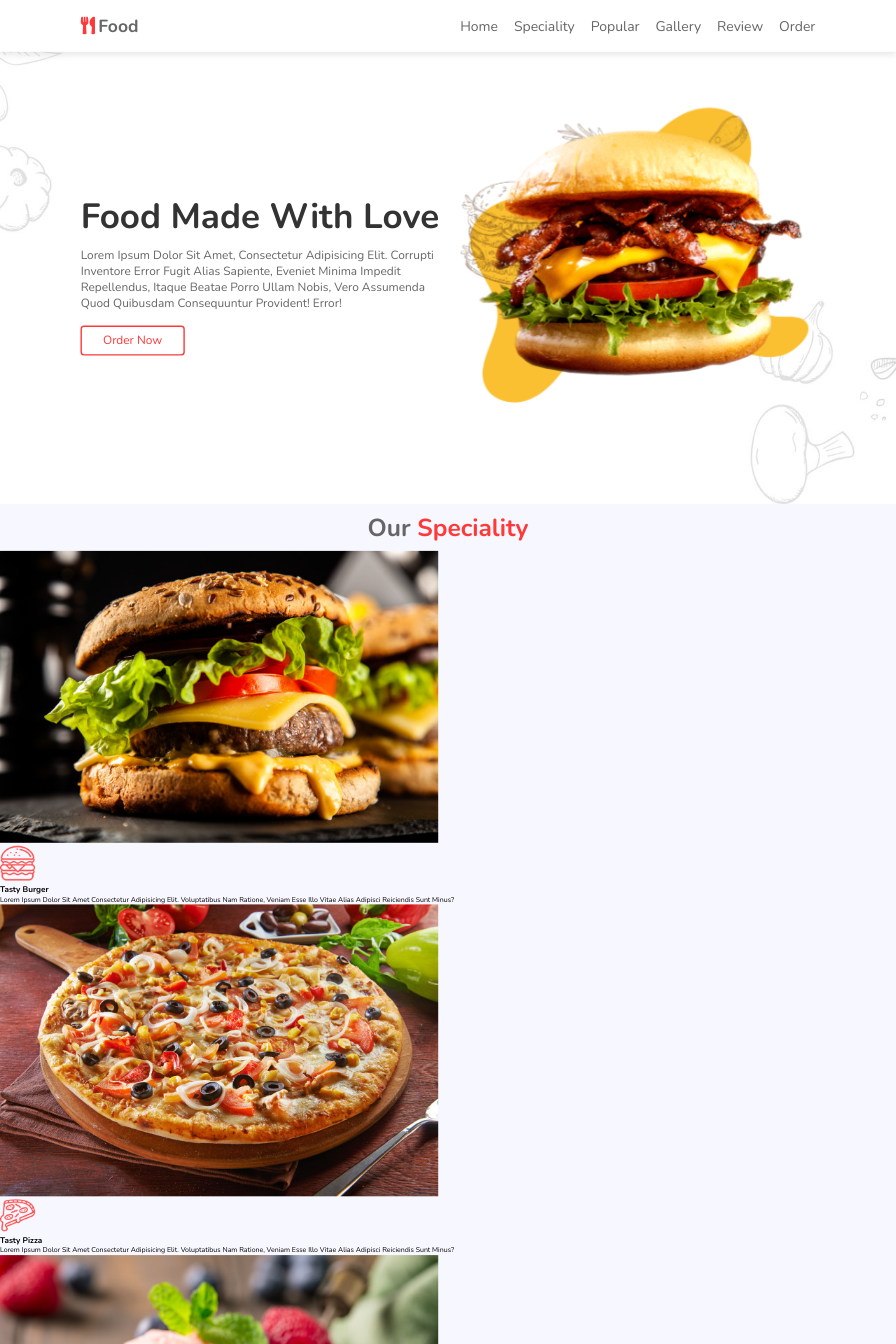
Repository: ManhTanVN/food
Page: index.html
The author's editor kept a copy of each file at every save. The page is drawn from the files as they stood at one save, then again after the next save.
The browser window is 1280 px wide. The pictures show the part of the page from y = 0 to 1920 px (the page is 3835 px tall before and 3910 px after), at 70% of full size.
The style sheet was rebuilt from its Sass, Less or Tailwind sources for each picture, by a compiler version that may differ from the author's.

Above is the page before, as saved 2021-08-29 15:41:53.

### index.html
<!DOCTYPE html>
<html lang="en">
<head>
    <meta charset="UTF-8">
    <meta http-equiv="X-UA-Compatible" content="IE=edge">
    <meta name="viewport" content="width=device-width, initial-scale=1.0">
    <title>Document</title>
    <!-- font awe-some CDN -->
    <link rel="stylesheet" href="https://cdnjs.cloudflare.com/ajax/libs/font-awesome/5.15.4/css/all.min.css">

    <!-- custom css -->
    <link rel="stylesheet" href="./assets/css/style.css">
</head>
<body>
    <!-- header section start -->
    <header>
        <a href="#" class="logo"><i class="fas fa-utensils"></i>food</a>
        <div id="menu-bar" class="fas fa-bars"></div>
        <nav class="navbar">
            <a href="#home">home</a>
            <a href="#speciality">speciality</a>
            <a href="#popular">popular</a>
            <a href="#gallery">gallery</a>
            <a href="#review">review</a>
            <a href="#order">order</a>
        </nav>
    </header>
    <!-- header section end -->

    <!-- home section starts -->
    <section class="home" id="home">
        <div class="home__content">
            <h3>food made with love</h3>
            <p>Lorem ipsum dolor sit amet, consectetur adipisicing elit. Corrupti inventore error fugit alias sapiente, eveniet minima impedit repellendus, itaque beatae porro ullam nobis, vero assumenda quod quibusdam consequuntur provident! Error!</p>
            <a href="#" class="btn">order now</a>
        </div>
        <div class="home__image">
            <img src="./assets/images/home-img.png" alt="">
        </div>


    </section>
    <!-- home section ends -->

    <!-- speciality section starts -->
    <div class="speciality" id="speciality">
        <h1 class="speciality__heading">our <span>speciality</span></h1>
        <div class="speciality__box-container">
            <div class="box">
                <img class="box__image" src="./assets/images/s-img-1.jpg" alt="">
                <div class="box__content">
                    <img src="./assets/images/s-1.png" alt="">
                    <h3>tasty burger</h3>
                    <p>Lorem ipsum dolor sit amet consectetur adipisicing elit. Voluptatibus nam ratione, veniam esse illo vitae alias adipisci reiciendis sunt minus?</p>
                </div>
            </div>
            <div class="box">
                <img class="box__image" src="./assets/images/s-img-2.jpg" alt="">
                <div class="box__content">
                    <img src="./assets/images/s-2.png" alt="">
                    <h3>tasty pizza</h3>
                    <p>Lorem ipsum dolor sit amet consectetur adipisicing elit. Voluptatibus nam ratione, veniam esse illo vitae alias adipisci reiciendis sunt minus?</p>
                </div>
            </div>
            <div class="box">
                <img class="box__image" src="./assets/images/s-img-3.jpg" alt="">
                <div class="box__content">
                    <img src="./assets/images/s-3.png" alt="">
                    <h3>cold ice-cream</h3>
                    <p>Lorem ipsum dolor sit amet consectetur adipisicing elit. Voluptatibus nam ratione, veniam esse illo vitae alias adipisci reiciendis sunt minus?</p>
                </div>
            </div>
            <div class="box">
                <img class="box__image" src="./assets/images/s-img-4.jpg" alt="">
                <div class="box__content">
                    <img src="./assets/images/s-4.png" alt="">
                    <h3>drinks</h3>
                    <p>Lorem ipsum dolor sit amet consectetur adipisicing elit. Voluptatibus nam ratione, veniam esse illo vitae alias adipisci reiciendis sunt minus?</p>
                </div>
            </div>
            <div class="box">
                <img class="box__image" src="./assets/images/s-img-5.jpg" alt="">
                <div class="box__content">
                    <img src="./assets/images/s-5.png" alt="">
                    <h3>tasty sweets</h3>
                    <p>Lorem ipsum dolor sit amet consectetur adipisicing elit. Voluptatibus nam ratione, veniam esse illo vitae alias adipisci reiciendis sunt minus?</p>
                </div>
            </div>
            <div class="box">
                <img class="box__image" src="./assets/images/s-img-6.jpg" alt="">
                <div class="box__content">
                    <img src="./assets/images/s-6.png" alt="">
                    <h3>healthy breakfast</h3>
                    <p>Lorem ipsum dolor sit amet consectetur adipisicing elit. Voluptatibus nam ratione, veniam esse illo vitae alias adipisci reiciendis sunt minus?</p>
                </div>
            </div>
        </div>
    </div>
    <!-- speciality section ends -->

<!-- custom js -->
<script src="./assets/js/main.js"></script>
</body>
</html>

### assets/js/main.js
let menu = document.querySelector("#menu-bar");
let navbar = document.querySelector(".navbar");

menu.onclick = () =>{
    menu.classList.toggle('fa-times');
    navbar.classList.toggle('active');
}

window.onscroll = () => {
    menu.classList.remove('fa-times');
    navbar.classList.remove('active');
}

### sass/style.scss
@import url('https://fonts.googleapis.com/css2?family=Nunito:wght@200;300;400;600;700&display=swap');
@import './mixin';
@import './variables';
@import './animation';
@import './base';
@import './header';
@import './menu-bar';
@import './home';
@import './btn';
@import './speciality';

@import './_media';

### sass/_mixin.scss
@mixin responsive($breakpoint) {
    @if $breakpoint == tablet {
        @media (max-width:991px) {@content}
    };

    @if $breakpoint == phone {
        @media (max-width: 768px) {@content}
    };

    @if $breakpoint == small {
        @media (max-width: 400px) {@content}
    };
}

### sass/_variables.scss
$color-red: #ff3838;

### sass/_animation.scss
@keyframes float {
    0%, 100% {
        transform: translateY(0rem)
    };

    50% {
        transform: translateY(03rem)
    }
}

### sass/_base.scss
* {
    font-family: 'Nunito', sans-serif;
    padding: 0; margin: 0;
    box-sizing: border-box;
    border: 0; outline: none;
    text-transform: capitalize;
    text-decoration: none;
    transition: all .2s linear;
}

*::selection {
    background: $color-red;
    color: #fff;
}

html {
    font-size: 62.5%;
    overflow-x: hidden;
    scroll-behavior: smooth;
    scroll-padding-top: 6rem;
    @include responsive (tablet) {
        font-size: 55%;
    }

    @include responsive (small) {
        font-size: 50%;

    }
}

body {
    background: #f7f7ff;
}

section {
    padding: 2rem 9%;
    @include responsive (tablet){
        padding: 2rem;
    }
}

### sass/_header.scss
header {
    position: fixed;
    top: 0;
    left: 0;
    right: 0;
    z-index: 9999;
    background: #fff;
    padding: 2rem 9%;
    box-shadow: 0 0.5rem 1rem rgba(0,0,0,.1);
    display: flex;
    justify-content: space-between;
    align-items: center;
    @include responsive (tablet) {
        padding: 2rem;
    }

}
header .logo {
    font-size: 2.5rem;
    font-weight: bold;
    color: #666;
}
header .logo i {
    padding-right: .5rem;
    color: $color-red;
}
header .navbar a {
    font-size: 2rem;
    margin-left: 2rem;
    color: #666;

    @include responsive (phone) {
        margin: 1.5rem;
        padding: 1.5rem;
        display: block;
        border: .2rem solid rgba(0,0,0,.1);
        border-left: .5rem solid $color-red;
        background: #fff;
    }
}

header .navbar a:hover {
    color: $color-red;
}

header .navbar {
    @include responsive (phone) {
        position: absolute;
        top: 100%;
        right: 0;
        left: 0;
        background: #f7f7f7;
        border-top: .1rem solid rgba(0,0,0,.1);
        clip-path: polygon(0 0, 100% 0 , 100% 0 , 0 0);
        // -webkit-clip-path :(0 0, 100% 0 , 100% 0 , 0 0);
    }
}
header .navbar.active {
    @include responsive (phone) {
        clip-path: polygon(0 0, 100% 0 , 100% 100% , 0 100%);

    }
}

### sass/_menu-bar.scss
#menu-bar {
    font-size: 3rem;
    cursor: pointer;
    color: #666;
    border: .1rem solid #666;
    border-radius: .3rem;
    padding: .5rem 1.5rem;
    display: none;

    @include responsive (phone) {
        display: initial;
    }

}

### sass/_home.scss
.home {
    display: flex;
    flex-wrap: wrap;
    gap: 1.5rem;
    min-height: 100vh;
    align-items: center;
    background: url(../assets/images/home-bg.jpg) no-repeat;
    // background: url(../assets/images/pic1.png);
    // background: gold;
    background-size: cover;
    background-position: center;

    &__content{
        flex: 1 1 40rem;
        padding-top: 6.5rem;

        & h3{
            font-size: 5rem;
            color: #333;
        }
        & p{
            font-size: 1.7rem;
            color: #666;
            padding: 1rem 0;
        }
    }
    &__image {
        flex: 1 1 40rem;

    }
    &__image img {
        width: 100%;
        padding: 1rem;
        animation: float 3s linear infinite;
    }
}

### sass/_btn.scss
.btn {
    display: inline-block;
    padding: .8rem 3rem;
    border: .2rem solid $color-red;
    color: $color-red;
    cursor: pointer;
    font-size: 1.7rem;
    border-radius: .5rem;
    position: relative;
    overflow: hidden;
    z-index: 0;
    margin-top: 1rem;
    &::after {
        content: "";
        position: absolute;
        top: 0;
        right: 0;
        width: 0;
        height: 100%;
        background: $color-red;
        transition: .2s linear;
        z-index: -1;
    }

    &:hover::after {
        width: 100%;
        left: 0;;
    }
    &:hover {
        color: #fff;
    }
}

### sass/_speciality.scss
.speciality {
    &__heading {
        text-align: center;
        font-size: 3.5rem;
        padding: 1rem;
        color: #666;

        & span {
            color: $color-red;
        }
    }
}

### sass/__media.scss
@media (max-width: 991px) {
    html {
    }
    header {

    }
}

@media (max-width: 768px) {


    .menu-bar {

    }
}

After the next save:
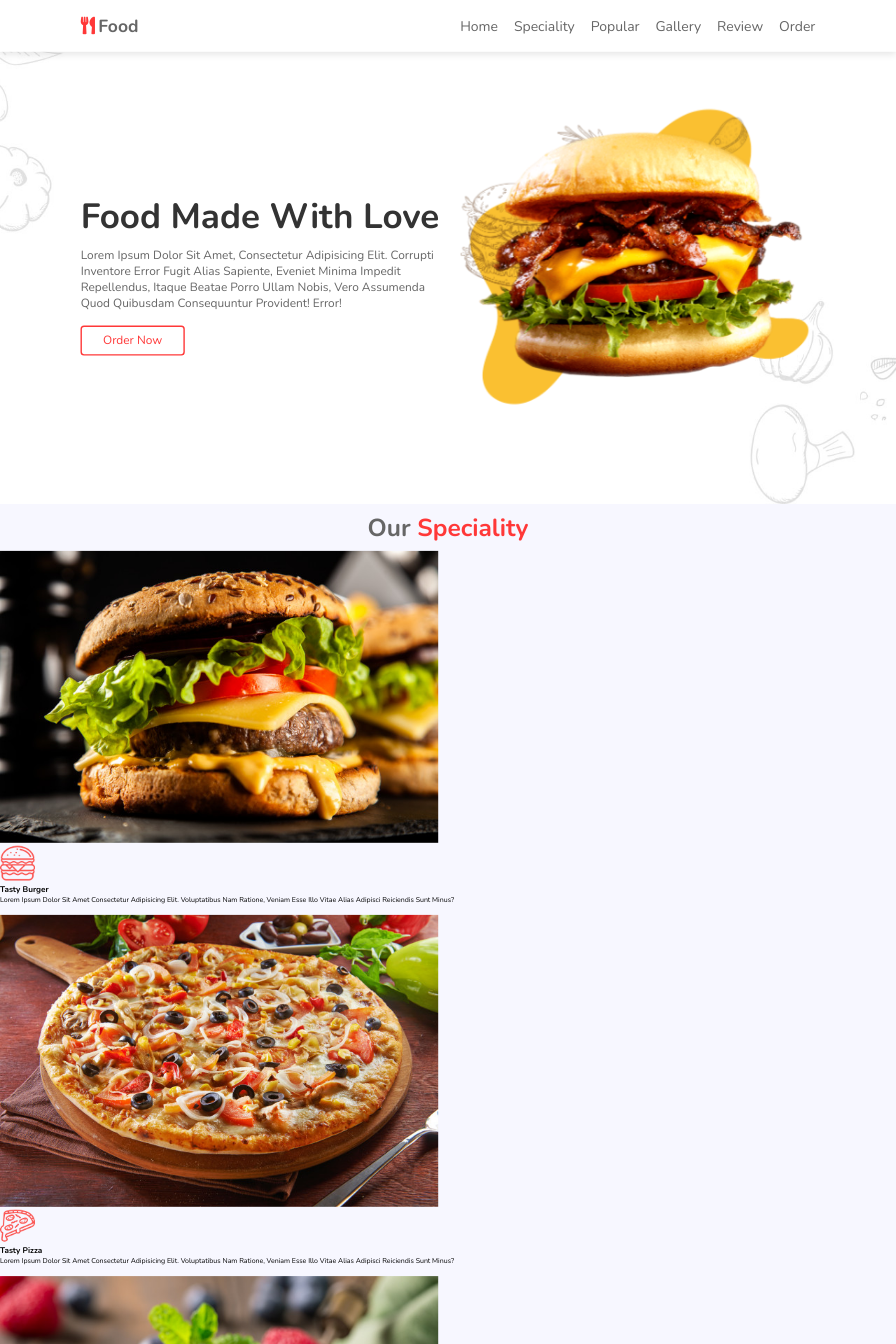
Saved 113 s later.
--- a/sass/_speciality.scss
+++ b/sass/_speciality.scss
@@ -9,4 +9,11 @@
             color: $color-red;
         }
     }
+
+    &__box-container {
+        display: flex;
+        flex-wrap: wrap;
+        gap: 1.5rem;
+
+    }
 }
